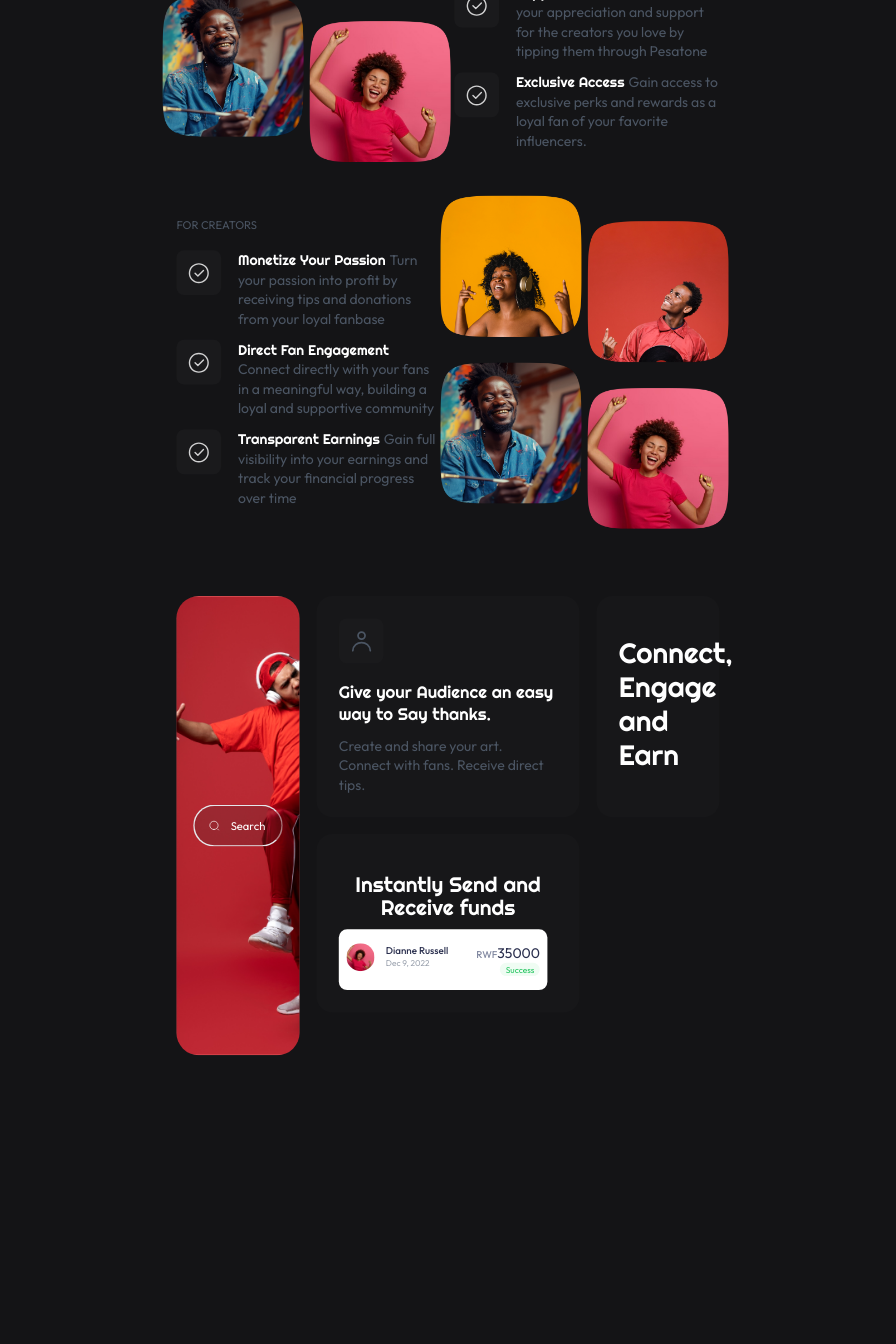
Repository: felixdusengimana/capstone-project-mirror
Page: / (app in frontend/)
An editor plug-in stored every save of this project. The page is shown before and after the next save, followed by the edit.
The browser window is 1280 px wide. The pictures show the part of the page from y = 2169 to 4089 px (the page is 4089 px tall), at 70% of full size.
The project was rebuilt for these pictures with package versions that can differ from the ones it lists, and the page was loaded fresh each time. The framework's server and built-in components were replaced by stand-ins that run in the browser. Also part of the build but not shown: frontend/next.config.mjs.

Above is the page before, as saved 2024-03-11 17:08:42.

### frontend/app/layout.tsx
import type { Metadata } from "next";
import { Righteous, Outfit } from "next/font/google";
import "./globals.css";

const outfit = Outfit({ subsets: ["latin"], variable: "--font-outfit" });
const righteous = Righteous({
  subsets: ["latin"],
  variable: "--font-righteous",
  weight: "400",
});

export const metadata: Metadata = {
  title: "Pesatone - Search and gift your favorite creators",
  description:
    "A place where fans show gratitude to the African content creators they love!",
};

export default function RootLayout({
  children,
}: Readonly<{
  children: React.ReactNode;
}>) {
  return (
    <html lang="en">
      <body className={`${outfit.variable} ${righteous.variable} font-sans`}>
        {children}
      </body>
    </html>
  );
}

### frontend/app/page.tsx
import Avatar from "@/components/atoms/Avatar";
import Headline from "@/components/atoms/Headline";
import Card from "@/components/molecules/Card";
import CardIcon from "@/components/molecules/CardIcon";
import Search from "@/components/molecules/Search";
import SmallCard from "@/components/molecules/SmallCard";
import Transaction from "@/components/molecules/Transaction";
import Intro from "@/components/organisms/Intro";
import Navbar from "@/components/organisms/Navbar";
import Image from "next/image";
import React from "react";

export default function page() {
  return (
    <div className="py-[73px]">
      <Navbar />
      <Intro />
      <section className="mt-24 page-padding">
        <div className="max-w-[503px] mx-auto text-center">
          <h5 className="uppercase text-gray-600 mb-4">features</h5>
          <Headline className="text-4xl text-center">
            Unleash Your Influence with Our Exclusive Features
          </Headline>
        </div>
        <div className="grid grid-cols-3 gap-[18px] mt-12">
          <Card title="Secure Transactions" icon="secure">
            Pesatone employs advanced encryption for secure transactions,
            safeguarding you and your fans
          </Card>
          <Card title="Direct Engagement" icon="fast">
            Connect instantly with followers through Pesatone&apos;s
            user-friendly interface, fostering community and stronger
            relationships
          </Card>
          <Card title="Transparent Earnings" icon="dollar">
            Gain clear insight into earnings with Pesatone, easily tracking tips
            and donations for effective financial management
          </Card>
        </div>
      </section>

      <section className="mt-24 page-padding">
        <div className="max-w-[543px] mx-auto text-center">
          <h5 className="uppercase text-gray-600 mb-4">BENEFITS</h5>
          <Headline className="text-4xl text-center">
            Experience the Benefits: Pesatone for Fans and Creators
          </Headline>
        </div>
        <div className="grid grid-cols-2 gap-[18px] mt-12">
          <div className="grid grid-cols-2 w-fit">
            <Avatar
              alt="Profile 1"
              src="/profiles/profile4.png"
              size="2xl"
              circle={false}
              className="ml-[-20px]"
            />
            <Avatar
              alt="Profile 2"
              src={"/profiles/profile3.png"}
              size="2xl"
              circle={false}
              className="mt-[36px]"
            />
            <Avatar
              alt="Profile 3"
              src={"/profiles/profile2.png"}
              size="2xl"
              circle={false}
              className="ml-[-20px]"
            />
            <Avatar
              alt="Profile 4"
              src={"/profiles/profile1.png"}
              size="2xl"
              circle={false}
              className="mt-[36px]"
            />
          </div>
          <div className="flex flex-col justify-center">
            <h5 className="uppercase text-gray-600 mb-6">For Fans</h5>
            <div className="flex flex-col gap-4">
              <SmallCard icon="check" title="Direct Interaction">
                Engage directly with your favorite influencers, fostering a
                closer connection and deeper relationship
              </SmallCard>
              <SmallCard icon="check" title="Support Your Favorites">
                Show your appreciation and support for the creators you love by
                tipping them through Pesatone
              </SmallCard>
              <SmallCard icon="check" title="Exclusive Access ">
                Gain access to exclusive perks and rewards as a loyal fan of
                your favorite influencers.
              </SmallCard>
            </div>
          </div>
        </div>

        <div className="grid grid-cols-2 gap-[18px]  mt-12">
          <div className="flex flex-col justify-center">
            <h5 className="uppercase text-gray-600 mb-6">For creators</h5>
            <div className="flex flex-col gap-4">
              <SmallCard icon="check" title="Monetize Your Passion">
                Turn your passion into profit by receiving tips and donations
                from your loyal fanbase
              </SmallCard>
              <SmallCard icon="check" title="Direct Fan Engagement">
                Connect directly with your fans in a meaningful way, building a
                loyal and supportive community
              </SmallCard>
              <SmallCard icon="check" title="Transparent Earnings">
                Gain full visibility into your earnings and track your financial
                progress over time
              </SmallCard>
            </div>
          </div>
          <div className="grid grid-cols-2 ml-auto w-fit">
            <Avatar
              alt="Profile 1"
              src="/profiles/profile4.png"
              size="2xl"
              circle={false}
              className="ml-[-20px]"
            />
            <Avatar
              alt="Profile 2"
              src={"/profiles/profile3.png"}
              size="2xl"
              circle={false}
              className="mt-[36px]"
            />
            <Avatar
              alt="Profile 3"
              src={"/profiles/profile2.png"}
              size="2xl"
              circle={false}
              className="ml-[-20px]"
            />
            <Avatar
              alt="Profile 4"
              src={"/profiles/profile1.png"}
              size="2xl"
              circle={false}
              className="mt-[36px]"
            />
          </div>
        </div>
      </section>

      <section className="mt-24 page-padding">
        <div className="grid grid-cols-4 grid-rows-3 min-h-[862px] gap-6">
          <div className="bg-[url('/creator-bg.png')] bg-cover bg-no-repeat row-span-2 bg-red-400 rounded-[32px] px-6 flex items-center justify-center">
            <Search className="border-2 border-r-[#ffffff79] " />
          </div>
          <div className="col-span-2">
            <Card
              title={
                <p className="max-w-[374px]">
                  Give your Audience an easy way to Say thanks.
                </p>
              }
              icon="user"
              className="max-w-full"
            >
              Create and share your art. Connect with fans. Receive direct tips.
            </Card>
          </div>
          <Card
            title={
              <p className="text-[40px] leading-[49px]">
                Connect, Engage and Earn
              </p>
            }
          >
            {""}
          </Card>
          <div className="col-span-2">
            <Card
              className="max-w-full"
              title={
                <p className="w-full text-center max-w-[277px] text-[30px] mx-auto">
                  Instantly Send and Receive funds
                </p>
              }
            >
              <div className="w-full flex items-center">
                <Transaction
                  className="max-w-[316px]"
                  currency="RWF"
                  status="completed"
                  date={"Dec 9, 2022"}
                  user={{
                    name: "Dianne Russell",
                    photo: "/profiles/profile1.png",
                  }}
                  amount={35000}
                />
              </div>
            </Card>
          </div>
        </div>
      </section>
    </div>
  );
}

### frontend/app/globals.css
@tailwind base;
@tailwind components;
@tailwind utilities;

:root {
  --bg: #141416;
  --bg-hover: #232326;
  --secondary-color: #17171A;
  --foreground-rgb: 0, 0, 0;
  --background-start-rgb: 214, 219, 220;
  --background-end-rgb: 255, 255, 255;
}

@media (prefers-color-scheme: dark) {
  :root {
    --foreground-rgb: 255, 255, 255;
    --background-start-rgb: 0, 0, 0;
    --background-end-rgb: 0, 0, 0;
  }
}

body {
  background: var(--bg);
  color: rgb(var(--foreground-rgb));
}

@layer utilities {
  .text-balance {
    text-wrap: balance;
  }
}

.page-padding {
  padding: 0 252px;
}

### frontend/components/atoms/Avatar.tsx
/* eslint-disable @next/next/no-img-element */
import { ComponentProps } from "react";
import Icon from "./Icon";

interface AvatarProps extends ComponentProps<"div"> {
  src: string;
  alt?: string;
  size?: "sm" | "md" | "lg" | "xl" | "2xl";
  circle?: boolean;
  bordered?: boolean;
  fallBackText?: string;
}
export default function Avatar({ ...props }: AvatarProps) {
  const {
    src,
    alt,
    size = "sm",
    circle = true,
    fallBackText,
    bordered,
    ...rest
  } = props;

  const sizeClasses = {
    sm: "w-10 h-10",
    md: "w-12 h-12",
    lg: "w-16 h-16",
    xl: "w-[150px] h-[150px]",
    "2xl": "w-[202px] h-[202px]",
  };

  return (
    <div
      {...rest}
      className={`${src ? "bg-transparent" : "bg-gray-100"} ${
        circle ? "rounded-full" : "rounded"
      } ${bordered ? "border-2 border-white" : ""} ${sizeClasses[size]} ${
        rest.className
      } flex items-center justify-center overflow-hidden`}
    >
      {src ? (
        <img
          src={src}
          alt={alt}
          className={`w-full ${sizeClasses[size]} object-cover`}
        />
      ) : fallBackText ? (
        fallBackText
      ) : (
        <Icon name="user" />
      )}
    </div>
  );
}

### frontend/components/atoms/Headline.tsx
import { ComponentProps } from "react";

interface HeadlineProps extends ComponentProps<"h1"> {}

export default function Headline({ ...props }: HeadlineProps) {
  return (
    <div className={`font-mono text-white ${props.className}`}>
      {props.children}
    </div>
  );
}

### frontend/components/molecules/Card.tsx
import { ComponentProps, ReactNode } from "react";
import { IconNames } from "../atoms/Icon";
import Headline from "../atoms/Headline";
import CardIcon from "./CardIcon";

interface CardProps {
  icon?: IconNames;
  title?: ReactNode | string;
  className?: string;
  children: ReactNode;
}

export default function Card({ ...props }: CardProps) {
  const { icon, title, ...rest } = props;
  return (
    <div className={`bg-[#171719] p-8 rounded-[23px]`}>
      {icon && <CardIcon icon={icon} />}
      <Headline className="text-2xl font-normal mt-6 w-full">{title}</Headline>
      <div
        className={`text-gray-600 font-normal text-xl mt-4 max-w-[333px] ${props.className}`}
      >
        {props.children}
      </div>
    </div>
  );
}

### frontend/components/molecules/Search.tsx
"use client";
import { ComponentProps, useEffect, useState } from "react";
import Icon from "../atoms/Icon";

interface SearchProps extends ComponentProps<"div"> {
  placeholder?: string;
  onSearch?: (query: string) => void;
  onClear?: () => void;
}
export default function Search({
  placeholder = "Search for creators",
  onSearch,
  onClear,
  ...props
}: SearchProps) {
  const [query, setQuery] = useState("");

  // return value after 300ms
  useEffect(
    () => {
      const timer = setTimeout(() => {
        onSearch?.(query);
      }, 300);
      return () => clearTimeout(timer);
    },
    // eslint-disable-next-line react-hooks/exhaustive-deps
    [query]
  );

  return (
    <div
      {...props}
      className={`flex bg-[#2C2C3033] px-5 py-4 gap-4 rounded-full ${props.className}`}
    >
      <Icon name="search" onClick={() => onSearch?.(query)} />
      <input
        disabled
        type="text"
        placeholder={placeholder}
        className="w-full text-white placeholder:text-white bg-transparent outline-none"
        onChange={(e) => setQuery(e.target.value)}
      />
    </div>
  );
}

### frontend/components/molecules/SmallCard.tsx
import { ComponentProps } from "react";
import { IconNames } from "../atoms/Icon";
import CardIcon from "./CardIcon";

interface SmallCardProps extends ComponentProps<"div"> {
  icon: IconNames;
  title: string;
}

export default function SmallCard({ ...props }: SmallCardProps) {
  return (
    <div className="flex gap-6">
      <CardIcon icon={props.icon} />
      <p className="text-gray-600 font-normal text-xl">
        <span className="text-white font-mono">{props.title} </span>
        {props.children}
      </p>
    </div>
  );
}

### frontend/components/molecules/Transaction.tsx
import Avatar from "../atoms/Avatar";
import Pill from "../atoms/Pill";

interface TransactionProps {
  user: {
    name: string;
    photo: string;
  };
  date: string;
  currency: string;
  amount: number;
  status: "pending" | "completed" | "rejected";
  className?: string;
}
export default function Transaction({
  user,
  date,
  currency,
  amount,
  status,
  className,
}: TransactionProps) {
  return (
    <div
      className={`flex justify-between gap-10 rounded-xl bg-white px-[11px] py-5 ${className}`}
    >
      <div className="flex gap-4">
        <Avatar src={user.photo} alt={user.name} />
        <div>
          <p className="text-sm font-medium text-[#2A2F4E]">{user.name}</p>
          <p className="text-gray-400 text-xs">{date}</p>
        </div>
      </div>
      <div className="flex flex-col items-end">
        <p className="font-normal text-[#2A2F4E]">
          <span className="font-medium text-[#838AA2] text-sm">{currency}</span>
          {amount.toString()}
        </p>
        <Pill variant={status === "pending" ? "warning" : "success"}>
          {status === "pending" ? "Pending" : "Success"}
        </Pill>
      </div>
    </div>
  );
}

### frontend/components/organisms/Intro.tsx
"use client";

import Headline from "@/components/atoms/Headline";
import Search from "@/components/molecules/Search";
import DownloadApp from "../molecules/DownloadApp";

export default function Intro() {
  return (
    <div className="grid grid-cols-2 pl-[252px]">
      <div className="mt-40">
        <Headline className="text-[64px] leading-[79.47px]">
          Search and gift your favorite creators
        </Headline>
        <p className="text-xl text-gray-600 max-w-[535px] mt-5">
          A place where fans show gratitude to the African content creators they
          love!
        </p>
        <Search className="max-w-[502px] mt-10" />

        <p className="text-gray-600 mt-24 text-base">
          Trusted Users <br />
          Rated 4.5 by 700K+ Customers
        </p>
        <div className="flex gap-6 mt-6">
          <DownloadApp os="android" />
          <DownloadApp os="ios" className="px-[42px]" />
        </div>
      </div>
      <div className="h-full w-full">
        {/* eslint-disable-next-line @next/next/no-img-element */}
        <img src="./home-bg.png" alt="" className="w-full h-full" />
      </div>
    </div>
  );
}

### frontend/components/organisms/Navbar.tsx
import Image from "next/image";
import Button from "../atoms/Button";
import Link from "next/link";

export default function Navbar() {
  return (
    <div className="page-padding flex justify-between items-center">
      <Link href={"/"} className="flex  items-center gap-2">
        <Image
          src="/logo-white.png"
          alt="PESATONElogo"
          width={40}
          height={40}
        />
        <p className="text-sm">ESATONE</p>
      </Link>
      <div className="flex items-center gap-6">
        <Link href={"/login"}>
          <Button variant="secondary" className="px-12">
            Login
          </Button>
        </Link>
        <Link href={"/join"}>
          <Button variant="white" className="font-semibold">
            Sign up free
          </Button>
        </Link>
      </div>
    </div>
  );
}

### frontend/components/molecules/CardIcon.tsx
import React from "react";
import Icon, { IconNames } from "../atoms/Icon";

export default function CardIcon({ icon }: { icon: IconNames }) {
  return (
    <div className="w-16 min-w-[64px] h-16 rounded-[11px] bg-[#1A1A1C] flex items-center justify-center">
      <Icon name={icon} />
    </div>
  );
}

### frontend/components/atoms/Pill.tsx
import { ComponentProps } from "react";

interface PillProps extends ComponentProps<"div"> {
  variant?: "success" | "warning" | "error";
}
export default function Pill({ variant, ...rest }: PillProps) {
  return (
    <div
      {...rest}
      className={`px-2 py-[1.5px] rounded-full text-xs font-normal  w-fit ${
        variant === "success"
          ? "bg-[#EFFCF3] text-[#22C45E]"
          : variant === "warning"
          ? "bg-[#FFF4E5] text-[#F9A825]"
          : "bg-[#FCE8E6] text-[#EA4335]"
      } ${rest.className}`}
    >
      {rest.children}
    </div>
  );
}

### frontend/components/molecules/DownloadApp.tsx
import { ComponentProps } from "react";
import Icon from "../atoms/Icon";

interface DownloadAppProps extends ComponentProps<"div"> {
  os: "android" | "ios";
}

export default function DownloadApp({ os, ...props }: DownloadAppProps) {
  return (
    <div
      {...props}
      className={`flex items-center gap-4 px-10 py-4 border border-[#202024] bg-[#202024] rounded-full cursor-pointer min-w-[202.09px]`}
    >
      <Icon name={os == "android" ? "google-play" : "apple-store"} />
      <div>
        <p className="text-[#DBDBDB] font-medium text-[10px]">
          {os == "android" ? "Get it On" : "Download on the"}
        </p>
        <h3 className="text-[#DBDBDB] font-bold text-sm">
          {os == "android" ? "Google Play" : "App Store"}
        </h3>
      </div>
    </div>
  );
}

### frontend/components/atoms/Button.tsx
import { ComponentProps } from "react";

interface ButtonProps extends ComponentProps<"button"> {
  variant?: "dark" | "white" | "blurred" | "secondary";
  size?: "sm" | "md" | "lg";
  bordered?: boolean;
}

export default function Button({ ...props }: ButtonProps) {
  const { variant = "dark", size = "md", bordered = false } = props;

  const variantClasses = {
    dark: "bg-black text-white",
    white: "bg-white text-black",
    secondary: "bg-secondary text-white",
    blurred: "bg-blurred text-white",
  };

  const sizeClasses = {
    sm: "px-2 py-1",
    md: "px-8 py-4",
    lg: "px-6 py-3",
  };

  const borderClasses = bordered ? "border border-black" : "";

  return (
    <button
      {...props}
      className={`text-xl font-normal rounded-full ${variantClasses[variant]} ${sizeClasses[size]} ${borderClasses} ${props.className}`}
    >
      {props.children}
    </button>
  );
}

### frontend/tailwind.config.ts
import type { Config } from "tailwindcss";

const config: Config = {
  content: [
    "./pages/**/*.{js,ts,jsx,tsx,mdx}",
    "./components/**/*.{js,ts,jsx,tsx,mdx}",
    "./app/**/*.{js,ts,jsx,tsx,mdx}",
  ],
  theme: {
    extend: {
      // backgroundImage: {
      //   "gradient-radial": "radial-gradient(var(--tw-gradient-stops))",
      //   "gradient-conic":
      //     "conic-gradient(from 180deg at 50% 50%, var(--tw-gradient-stops))",
      // },
      fontFamily: {
        sans: ["var(--font-outfit)"],
        mono: ["var(--font-righteous)"],
      },
      colors: {
        secondary: "var(--secondary-color)",
      },
    },
  },
  plugins: [],
};
export default config;

Loaded but not shown: frontend/components/atoms/Icon.tsx (241 lines, source omitted)

After the next save:
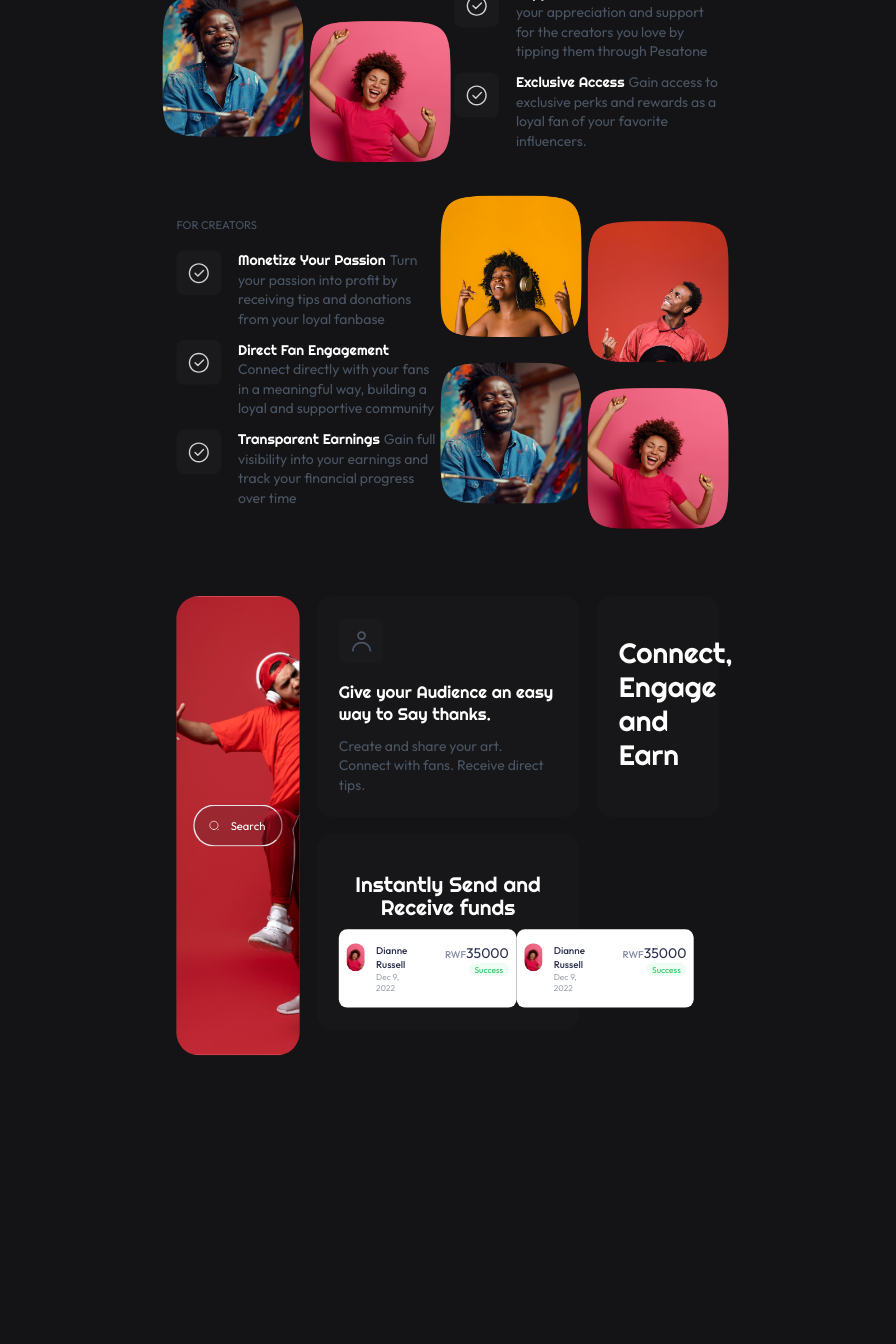
Saved 12 s later.
--- a/frontend/app/page.tsx
+++ b/frontend/app/page.tsx
@@ -183,7 +183,18 @@ export default function page() {
                 </p>
               }
             >
-              <div className="w-full flex items-center">
+              <div className="w-full flex items-center ">
+                <Transaction
+                  className="max-w-[316px]"
+                  currency="RWF"
+                  status="completed"
+                  date={"Dec 9, 2022"}
+                  user={{
+                    name: "Dianne Russell",
+                    photo: "/profiles/profile1.png",
+                  }}
+                  amount={35000}
+                />
                 <Transaction
                   className="max-w-[316px]"
                   currency="RWF"
